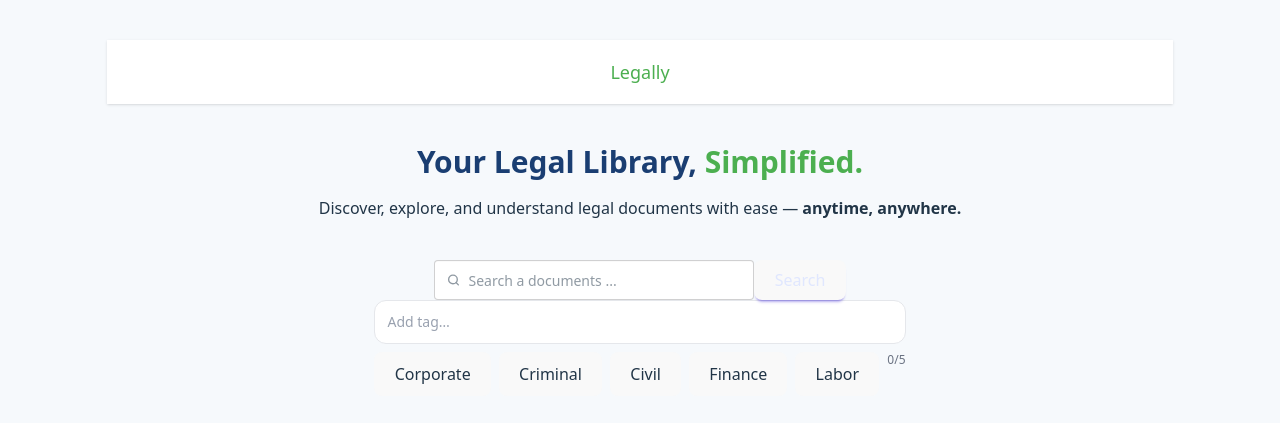
Repository: OdinPie/legal-search-acmeai
Page: / (app in legal-frontend/)
The author's editor kept a copy of each file at every save. The page is drawn from the files as they stood at one save, then again after the next save.
The browser window is 1280 px wide. The pictures show the whole page.
The project was rebuilt for these pictures with package versions that can differ from the ones it lists, and the page was loaded fresh each time. Also part of the build but not shown: legal-frontend/vite.config.js.

Above is the page before, as saved 2025-11-05 21:20:25.

### legal-frontend/index.html
<!doctype html>
<html lang="en">
  <head>
    <meta charset="UTF-8" />
    <link rel="icon" type="image/svg+xml" href="/vite.svg" />
    <meta name="viewport" content="width=device-width, initial-scale=1.0" />
    <title>legal-frontend</title>
  </head>
  <body>
    <div id="root"></div>
    <script type="module" src="/src/main.jsx"></script>
  </body>
</html>

### legal-frontend/src/App.jsx
import './App.css'
import Home from './pages/Home'

function App() {

  return (
    <>
      <Home></Home>
    </>
  )
}

export default App

### legal-frontend/src/App.css
@import "tailwindcss";

@plugin "daisyui";

### legal-frontend/src/pages/Home.jsx
import React from 'react';
import SearchSection from '../components/SearchSection';
import Navbar from '../components/Navbar';
import Banner from '../components/Banner';
const Home = () => {
    return (
        <div className='bg-[#F6F9FC] min-h-screen min-w-screen'>
            <Navbar></Navbar>
            <Banner></Banner>
            {/* <SearchSection></SearchSection> */}
            {/* Your Legal Library, Simplified.
                Discover, explore, and understand legal documents with ease — anytime, anywhere. */}
        </div>
    );
};

export default Home;

### legal-frontend/src/components/SearchSection.jsx
import { useState } from "react";
import TagBar from "./TagBar";

export default function SearchSection() {

  const [query, setQuery] = useState("");
  const [keywords, setKeywords] = useState([]);

  return (
    <div className="my-10">
      <div className="w-full max-w-2xl mx-auto">
    <label className="input validator join-item flex-1 min-w-0">
      <svg className="h-[1em] opacity-50" xmlns="http://www.w3.org/2000/svg" viewBox="0 0 24 24">
    <g
      strokeLinejoin="round"
      strokeLinecap="round"
      strokeWidth="2.5"
      fill="none"
      stroke="currentColor"
    >
      <circle cx="11" cy="11" r="8"></circle>
      <path d="m21 21-4.3-4.3"></path>
    </g>
  </svg>
      <input className="grow" type="text" placeholder="Search a documents ..." required />
    </label>
    <div className="validator-hint hidden">Enter valid query</div>

  <button className="btn btn-primary" >Search</button>
</div>
    <TagBar value={keywords} onChange={setKeywords} />
    </div>
  );
}

### legal-frontend/src/components/Navbar.jsx
export default function Navbar() {

  return (
    <div className="flex justify-center sticky top-10 ">
        <div className="navbar bg-base-100 shadow-sm sticky z-10 w-10/12">
    <div className="flex justify-center w-full">
        <a className="btn btn-ghost text-lg !text-[#4CAF50]">Legally</a>
    </div>
    </div>
    </div>
  );
}

### legal-frontend/src/components/Banner.jsx
import React from 'react';
import SearchSection from './SearchSection';

const Banner = () => {
    return (
        <div>
            <div className='flex flex-col items-center justify-center text-center mt-20'>
                {/*Banner writings here  */}
                <h1 className='!text-3xl font-bold text-[#1A3E72]'>Your Legal Library, <span className='text-[#4CAF50]'>Simplified.</span></h1>
                <p className='mt-4'>Discover, explore, and understand legal documents with ease — <span className='font-bold'>anytime, anywhere.</span></p>
                <SearchSection></SearchSection>
            </div>
        </div>
    );
};

export default Banner;

### legal-frontend/src/components/TagBar.jsx
import { useState, useRef } from "react";

const MAX_TAGS = 5;
const SUGGESTIONS = ["Corporate", "Criminal", "Civil", "Finance", "Labor"];

export default function TagBar({ value = [], onChange }) {
  const [input, setInput] = useState("");
  const inputRef = useRef(null);

  const addTag = (raw) => {
    const tag = raw.trim().replace(/^#/, "");
    if (!tag) return;
    const norm = tag.toLowerCase();
    const has = value.some(t => t.toLowerCase() === norm);
    if (has || value.length >= MAX_TAGS) return;
    onChange([...value, tag]);
    setInput("");
  };

  const removeTag = (tag) => onChange(value.filter(t => t !== tag));

  const handleKeyDown = (e) => {
    if (["Enter", "Comma", ","].includes(e.key) || e.key === " ") {
      e.preventDefault();
      addTag(input);
    } else if (e.key === "Backspace" && !input && value.length) {
      removeTag(value[value.length - 1]);
    }
  };

  const atLimit = value.length >= MAX_TAGS;

  return (
    <div className="space-y-2">
      {/* TAG BAR */}
      <div
        className="flex items-center gap-2 overflow-x-auto no-scrollbar h-11 w-full rounded-xl border border-gray-200 bg-white px-3"
        role="listbox"
        aria-label="Selected tags"
      >
        {value.map(tag => (
          <span
            key={tag}
            className="inline-flex items-center gap-1 rounded-full bg-blue-50 text-blue-800 border border-blue-200 px-3 py-1 text-sm"
          >
            #{tag}
            <button
              aria-label={`Remove ${tag}`}
              onClick={() => removeTag(tag)}
              className="ml-1 rounded-full px-1 hover:bg-blue-100"
            >
              ✕
            </button>
          </span>
        ))}

        {/* inline input inside the bar */}
        <input
          ref={inputRef}
          value={input}
          onChange={(e) => setInput(e.target.value)}
          onKeyDown={handleKeyDown}
          disabled={atLimit}
          placeholder={atLimit ? "Max 5 tags reached" : "Add tag…"}
          className="min-w-[8ch] flex-1 bg-transparent outline-none text-sm placeholder-gray-400"
          aria-disabled={atLimit}
        />
      </div>

      {/* SUGGESTIONS UNDER THE BAR */}
      <div className="flex flex-wrap gap-2">
        {SUGGESTIONS.map(s => {
          const taken = value.some(t => t.toLowerCase() === s.toLowerCase());
          return (
            <button
              key={s}
              disabled={taken || atLimit}
              onClick={() => addTag(s)}
              className={`px-3 py-1 text-sm rounded-full border transition
                ${taken ? "border-gray-200 text-gray-400 cursor-not-allowed"
                        : "border-gray-300 hover:bg-blue-50 hover:border-blue-400"}`}
            >
              {s}
            </button>
          );
        })}
        {/* counter on the right */}
        <span className="ml-auto text-xs text-gray-500">{value.length}/{MAX_TAGS}</span>
      </div>
    </div>
  );
}

Loaded but not shown: legal-frontend/src/main.jsx (common file); legal-frontend/src/index.css (common file)

After the next save:
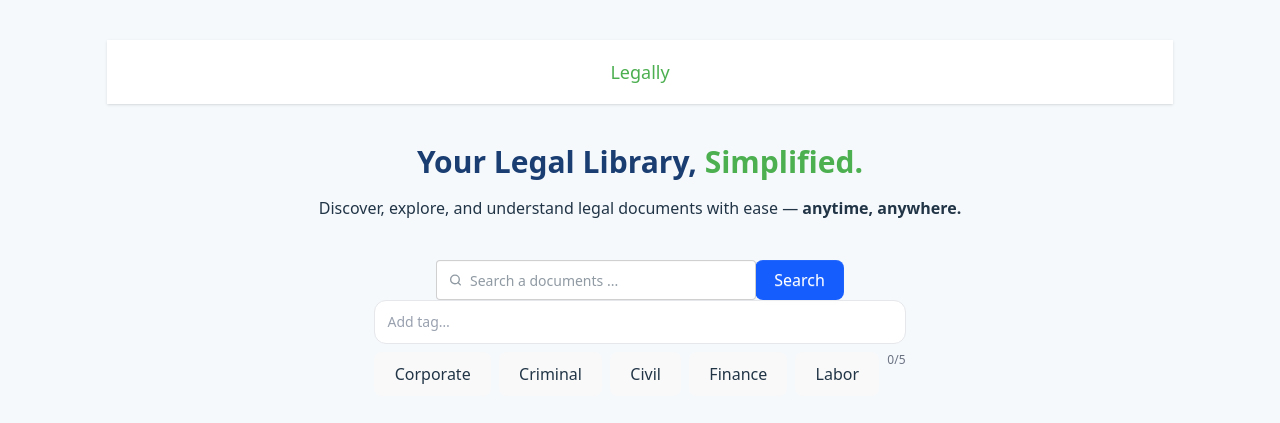
Saved 20 s later.
--- a/legal-frontend/src/components/SearchSection.jsx
+++ b/legal-frontend/src/components/SearchSection.jsx
@@ -26,7 +26,7 @@ export default function SearchSection() {
     </label>
     <div className="validator-hint hidden">Enter valid query</div>
 
-  <button className="btn btn-primary" >Search</button>
+  <button className="btn join-item !bg-blue-600 !hover:bg-blue-700 !text-white !border-0" >Search</button>
 </div>
     <TagBar value={keywords} onChange={setKeywords} />
     </div>
